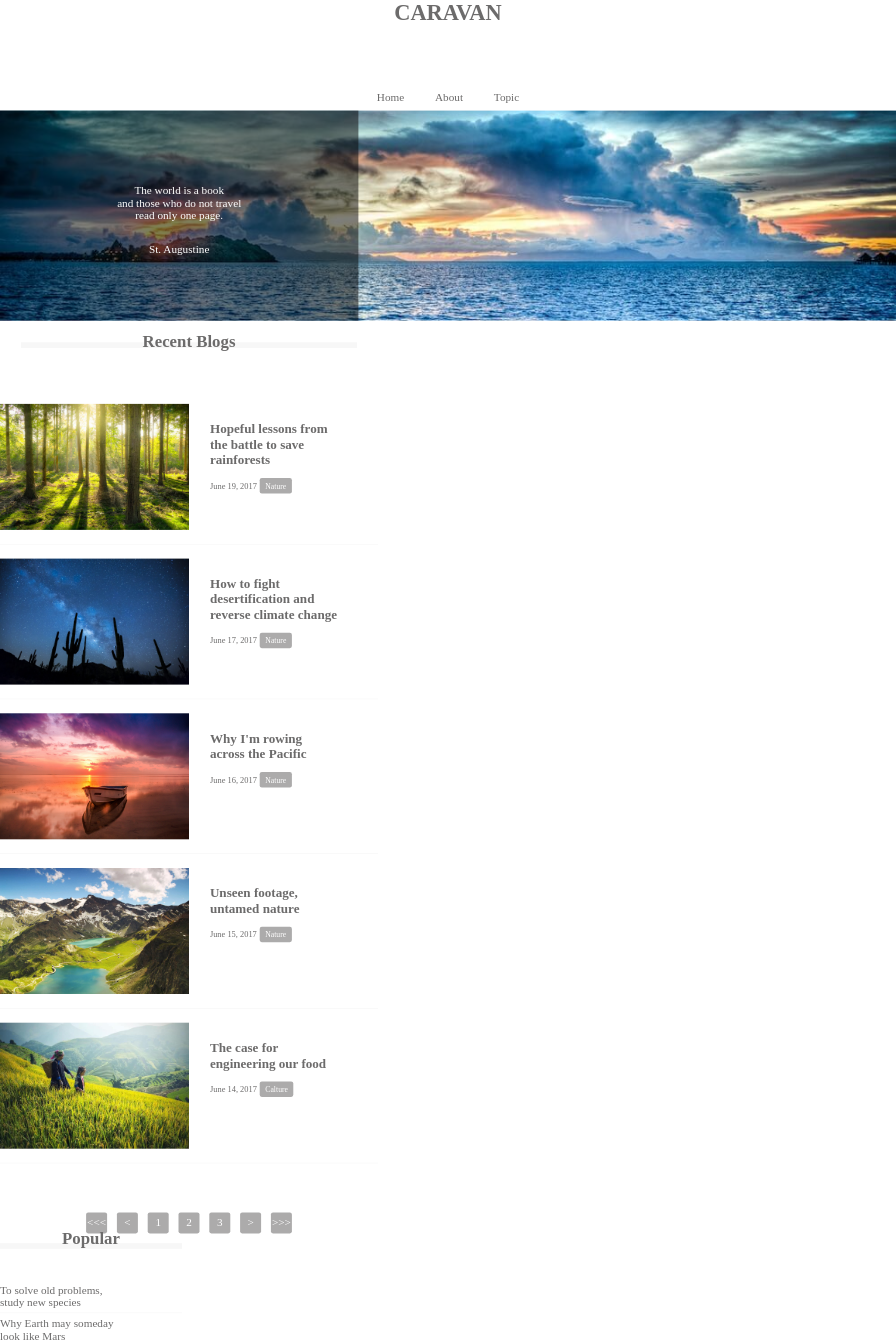
Repository: 220416/kadai1
Page: caravan/index.html
The author's editor kept a record of every edit. The page is drawn from the files as they stood at one moment, then again after the next edit.
The browser window is 1280 px wide. The pictures show the part of the page from y = 0 to 1920 px (the page is 4055 px tall before and 2751 px after), at 70% of full size.

Above is the page before.

After the next edit:
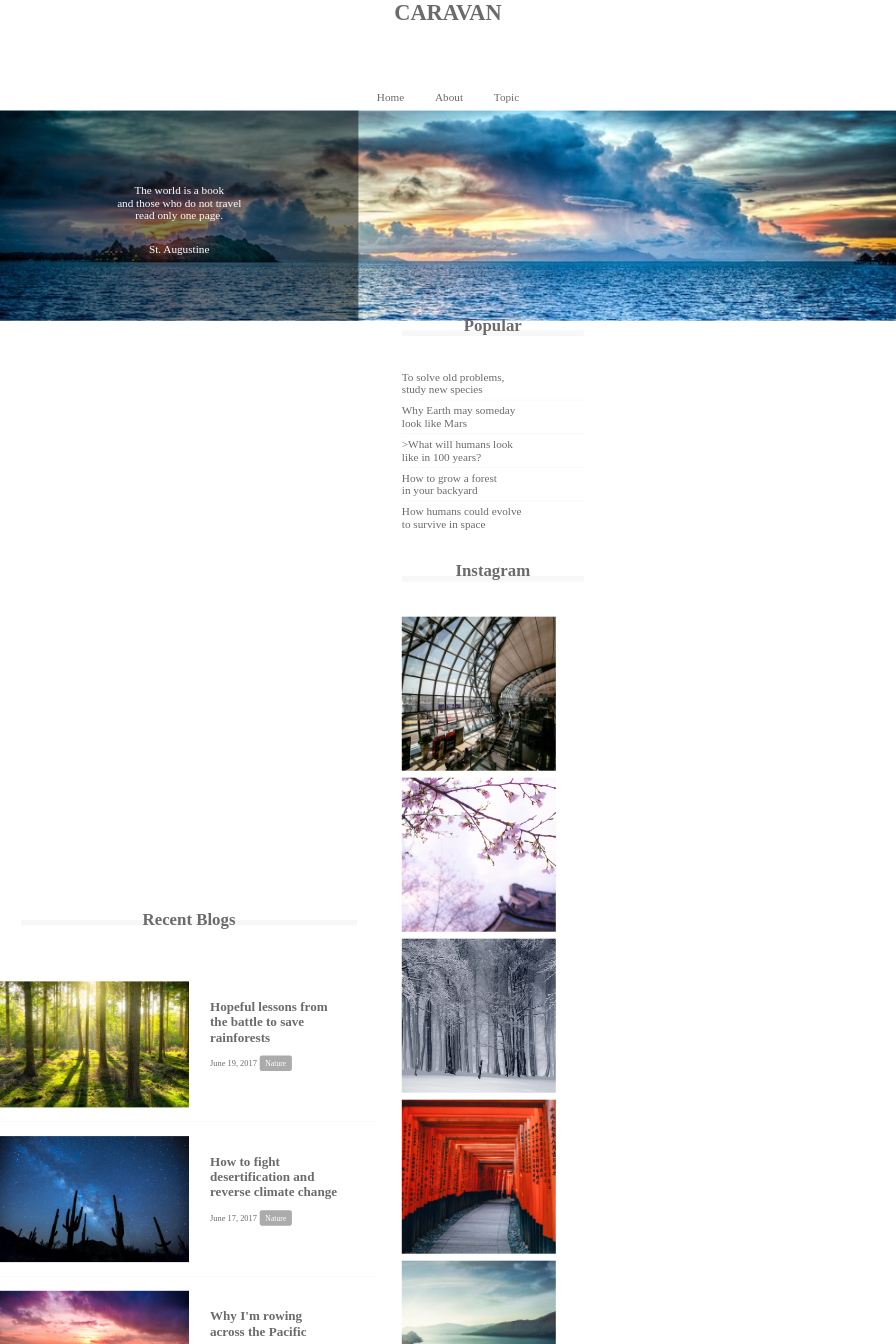
The edit:
--- a/caravan/index.html
+++ b/caravan/index.html
@@ -122,7 +122,7 @@
         </div>
       </section>
 
-      <div class="right">
+
       <div class="sidebar">
         <section class="popular">
           <h2 class="popular-heading common-heading">Popular</h2>
